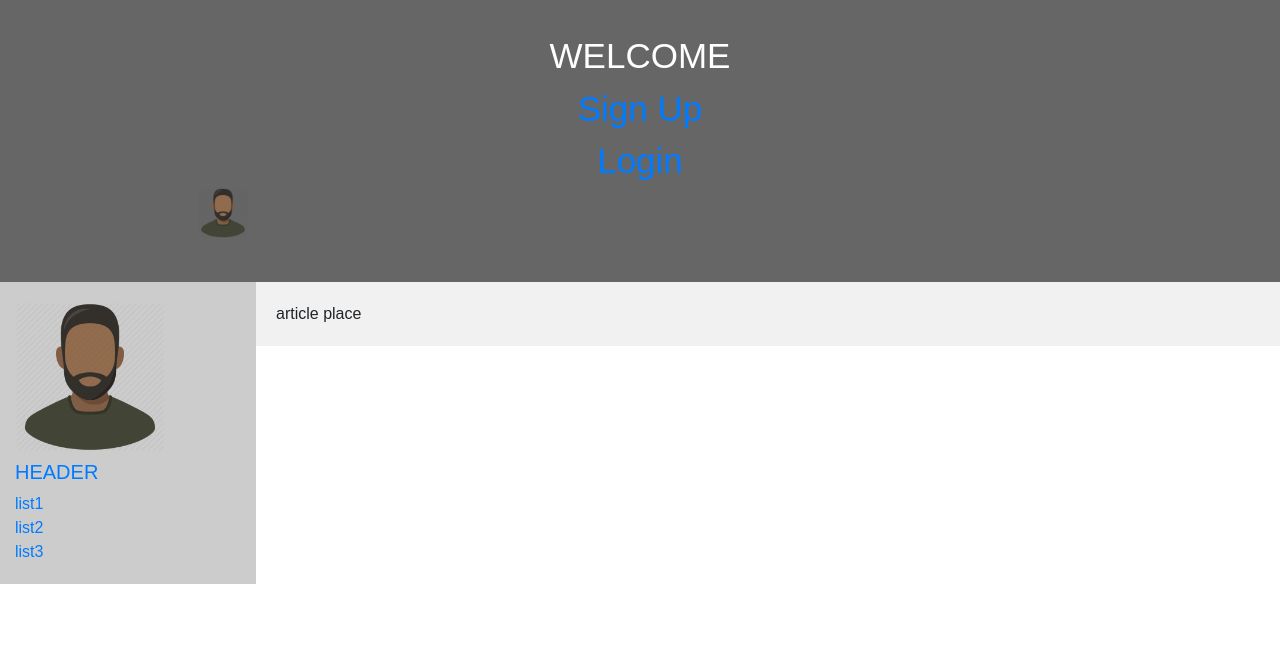
Repository: idrice24/IDRICE24-DASHBOARD
Page: html/header.html
An editor plug-in stored every save of this project. The page is shown before and after the next save, followed by the edit.
The browser window is 1280 px wide. The pictures show the whole page.

Above is the page before, as saved 2020-09-03 23:54:47.

### html/header.html
<!DOCTYPE html>
<html lang="en">

<head>
    <meta charset="UTF-8">
    <meta name="viewport" content="width=device-width, initial-scale=1.0">
    <meta http-equiv="X-UA-Compatible" content="ie=edge">
    <title>Document</title>
    <link rel="stylesheet" href="../vendor/bootstrap-4.1/bootstrap.min.css">
    <link rel="stylesheet" href="../vendor/font-awesome-4.7/css/font-awesome.min.css">
    <link rel="stylesheet" href="../vendor/idrice24folder/idrice24.css">
</head>

<body>
    <header>WELCOME
        <ul class="nav navbar-nav navbar-right">
            <li><a href="#"><span class="glyphicon glyphicon-user"></span> Sign Up</a></li>
            <li><a href="#"><span class="glyphicon glyphicon-log-in"></span> Login</a></li>
        </ul>
        <div class="row">
            <div class="col-md-4" style="display:inline-block">
                <a href="../imgs/login2.PNG" class="thumbnail" style="display:inline-block">
                    <img src="../imgs/login2.PNG" alt="Pulpit Rock" style="width:50px;height:50px;display:inline-block;float:left">
                </a>
            </div>
        </div>
    </header>
    <section>
        <nav class="nav nav-pills nav-stacked">
            <div class="container-fluid">
                <div class="row">
                    <div class="col-md-4">
                        <a href="../imgs/login2.PNG" class="thumbnail">
                            <img src="../imgs/login2.PNG" alt="Pulpit Rock" style="width:150px;height:150px">
                        </a>
                    </div>
                </div>
                <div class="navbar-header">
                    <a class="navbar-brand" href="#">HEADER</a>
                </div>

                <ul class="nav navbar-nav">
                    <li class="active"><a href="#">list1</a></li>
                    <li><a href="#">list2</a></li>
                    <li><a href="#">list3</a></li>
                </ul>
        </nav>








        <article>article place</article>
    </section>

</body>

</html>

Loaded but not shown: vendor/bootstrap-4.1/bootstrap.min.css (library); vendor/font-awesome-4.7/css/font-awesome.min.css (library); vendor/idrice24folder/idrice24.css (library)

After the next save:
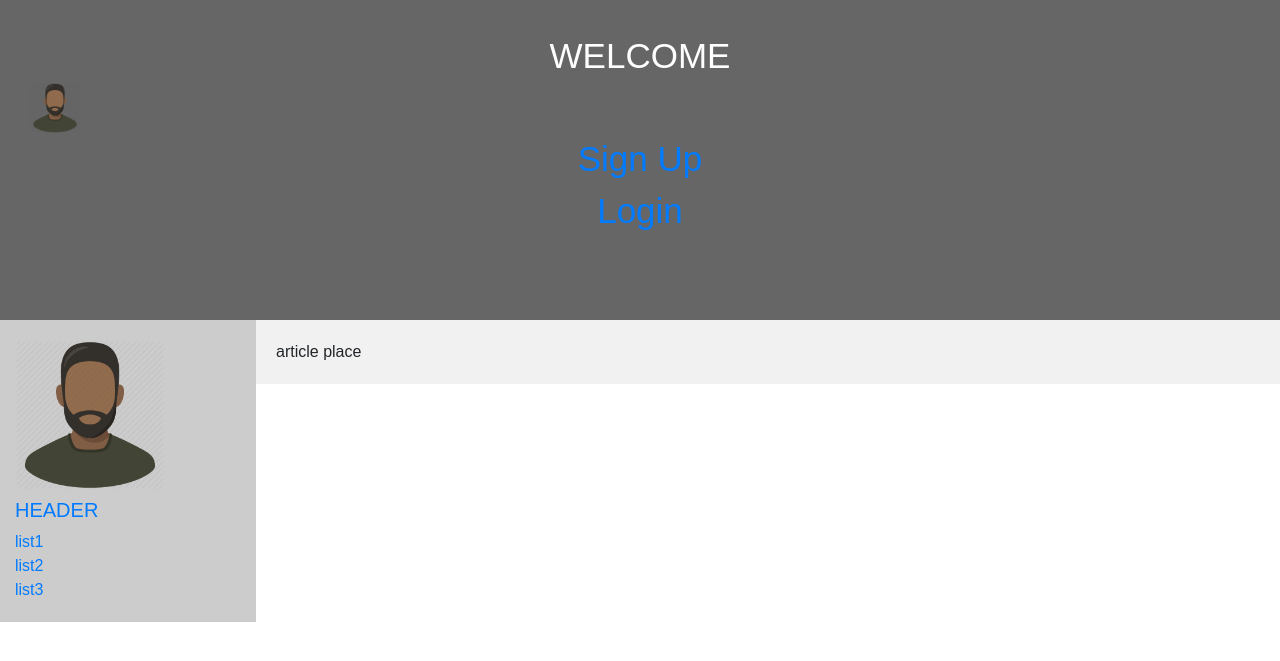
Saved 30 s later.
--- a/html/header.html
+++ b/html/header.html
@@ -14,13 +14,14 @@
 <body>
     <header>WELCOME
         <ul class="nav navbar-nav navbar-right">
+            <img src="../imgs/login2.PNG" alt="Pulpit Rock" style="width:50px;height:50px;display:inline-block;float:left">
             <li><a href="#"><span class="glyphicon glyphicon-user"></span> Sign Up</a></li>
             <li><a href="#"><span class="glyphicon glyphicon-log-in"></span> Login</a></li>
         </ul>
         <div class="row">
             <div class="col-md-4" style="display:inline-block">
                 <a href="../imgs/login2.PNG" class="thumbnail" style="display:inline-block">
-                    <img src="../imgs/login2.PNG" alt="Pulpit Rock" style="width:50px;height:50px;display:inline-block;float:left">
+
                 </a>
             </div>
         </div>
